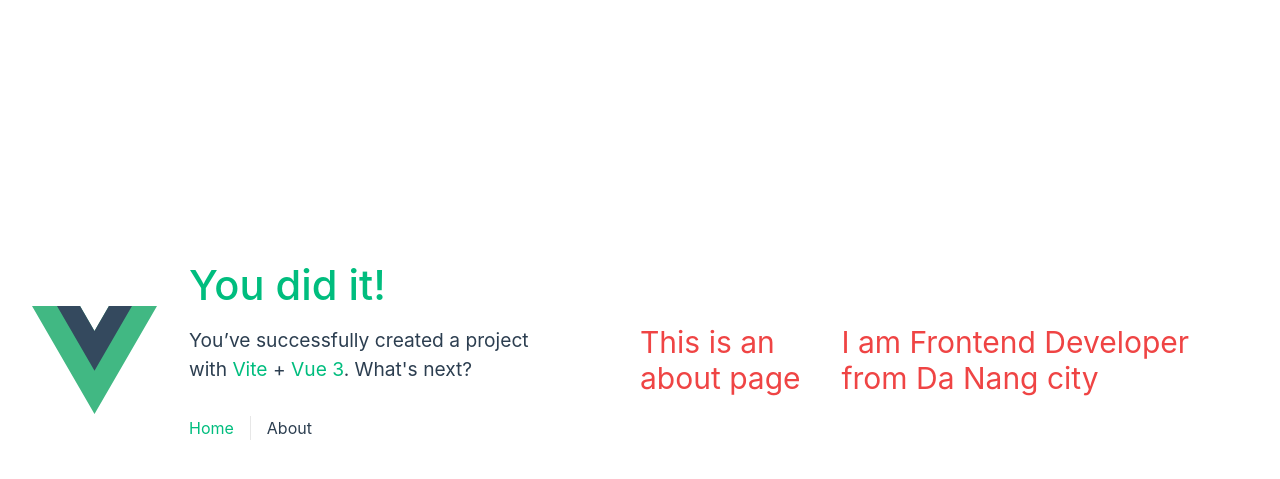
Repository: vophuocthanh/learn-vue
Page: /about
The author's editor kept a copy of each file at every save. The page is drawn from the files as they stood at one save, then again after the next save.
The browser window is 1280 px wide. The pictures show the whole page.
The project was rebuilt for these pictures with package versions that can differ from the ones it lists, and the page was loaded fresh each time. Also part of the build but not shown: vite.config.ts, src/components/WelcomeItem.vue, src/components/icons/IconDocumentation.vue, src/components/icons/IconTooling.vue, src/components/icons/IconEcosystem.vue, src/components/icons/IconCommunity.vue, src/components/icons/IconSupport.vue, src/components/TheWelcome.vue and 1 more.

Above is the page before, as saved 2023-11-23 09:29:39.

After the next save:
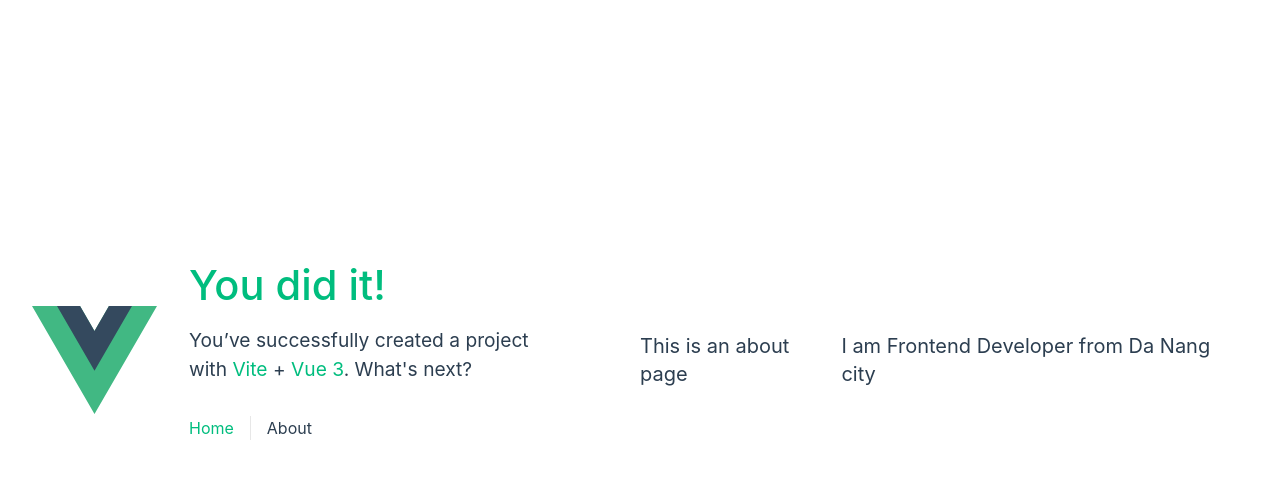
Saved 22 s later.
--- a/src/views/AboutView.vue
+++ b/src/views/AboutView.vue
@@ -1,5 +1,5 @@
 <template>
-  <div class="about text-3xl text-red-500">
+  <div class="about text-xl">
     <h1>This is an about page</h1>
     <p>I am Frontend Developer from Da Nang city</p>
   </div>
